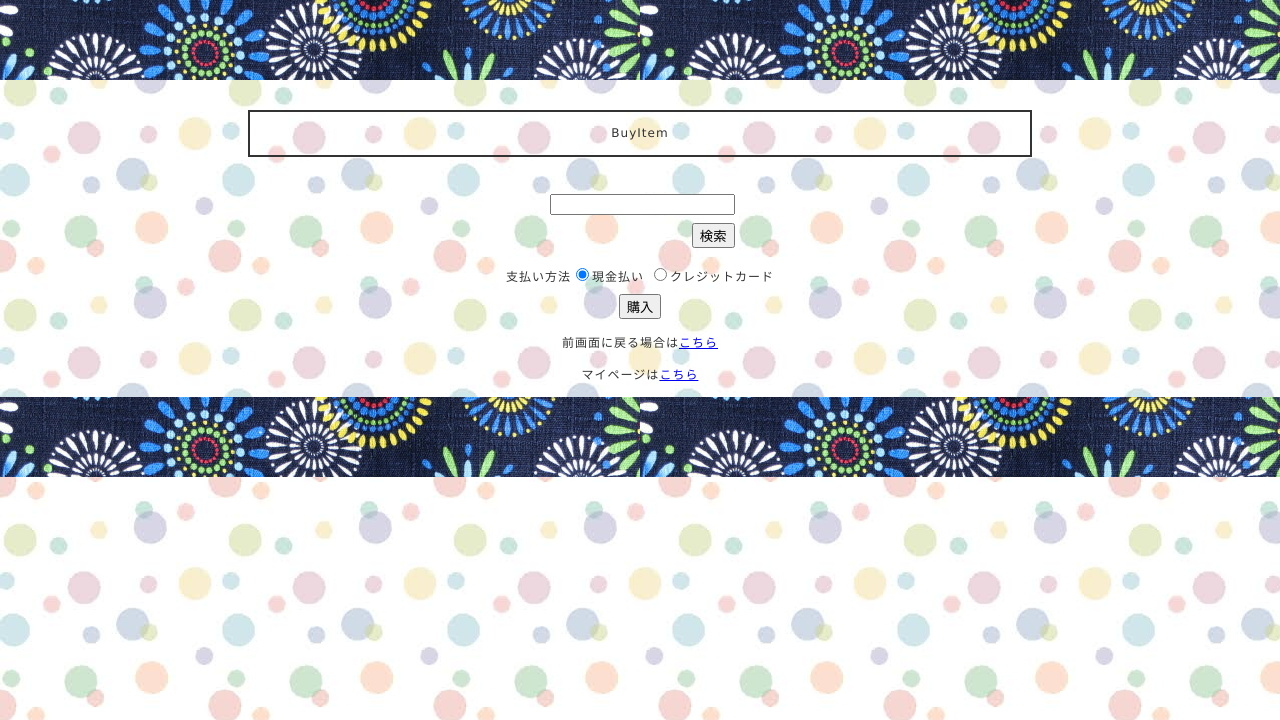
Repository: rt-1217/j2
Page: http://localhost/ecsite01/buyItem.jsp
The author's editor kept a copy of each file at every save. The page is drawn from the files as they stood at one save, then again after the next save.
The browser window is 1280 px wide. The pictures show the whole page.
The page is served by Tomcat 9.

Above is the page before, as saved 2018-05-29 01:39:33.

After the next save:
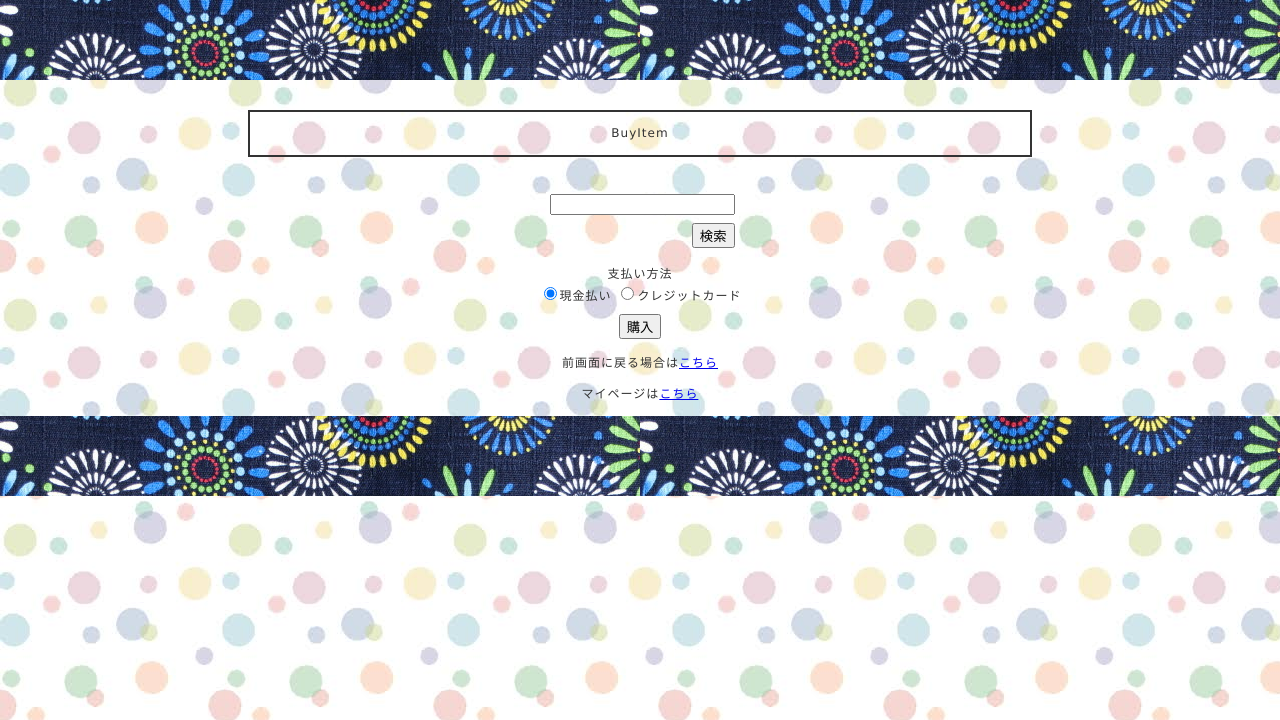
Saved 18 s later.
--- a/ecsite01/WebContent/buyItem.jsp
+++ b/ecsite01/WebContent/buyItem.jsp
@@ -109,7 +109,7 @@
 <div class="clear"></div>
 
 <div class="pay-push"></div>
-<span>支払い方法</span>
+<span>支払い方法</span><br>
 
 <input type="radio" name="pay" value="1" checked="checked">現金払い
 <input type="radio" name="pay" value="2" >クレジットカード
